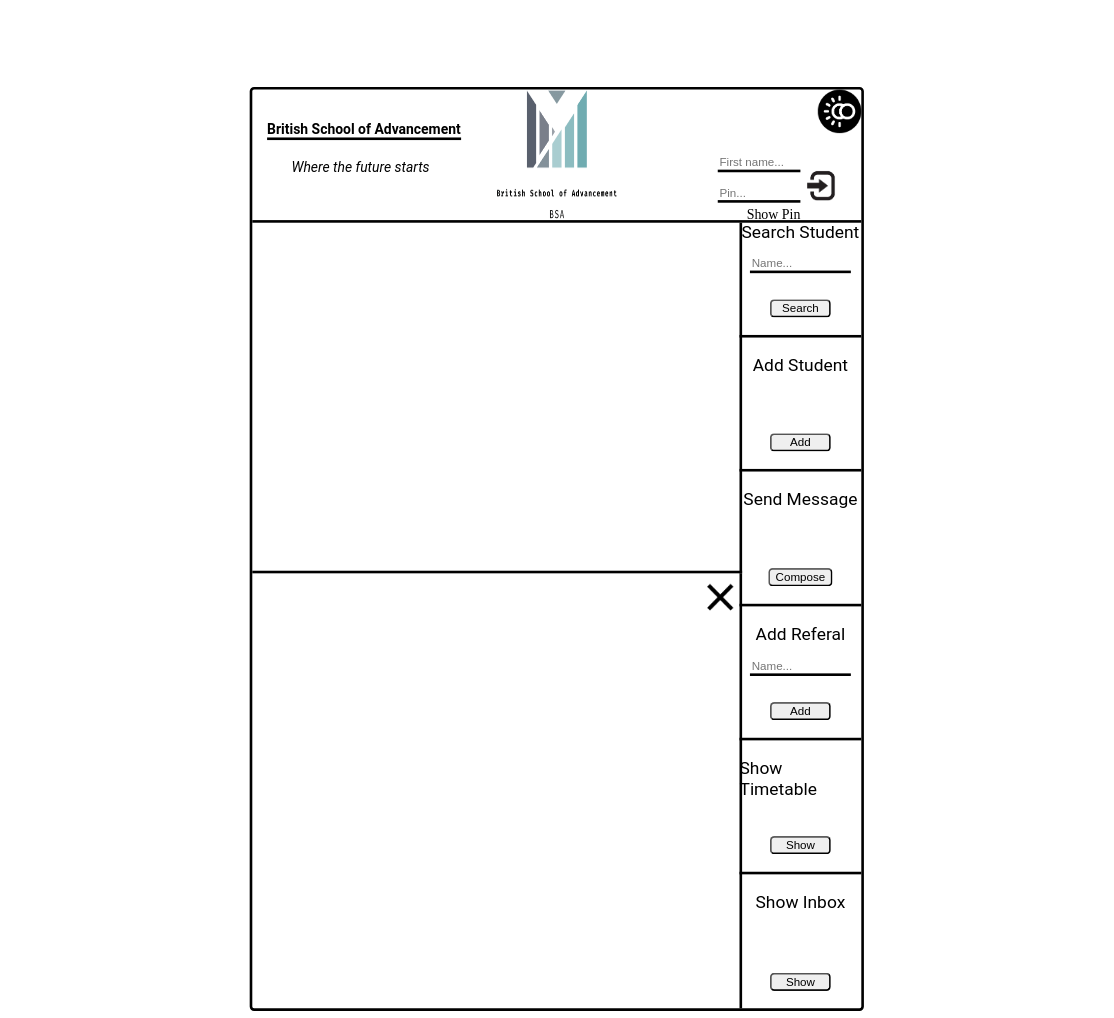
Repository: ghend99/Guardian-Application
Page: index.html
These files come from the project's save history. The page is drawn as it stood at one moment and after the next save; the edit follows.
The browser window is 1280 px wide. The pictures show the whole page, at 87% of full size.

Above is the page before, as saved 2023-06-06 14:05:55.
Console error: ReferenceError: sidebarUpdateTimetableBtn is not defined

### index.html
<!DOCTYPE html>
<html lang="en">
  <head>
    <meta charset="UTF-8" />
    <meta http-equiv="X-UA-Compatible" content="IE=edge" />
    <meta name="viewport" content="width=device-width, initial-scale=1.0" />
    <title>Document</title>
    <link rel="stylesheet" href="style.css" />
  </head>
  <body>
    <div id="main-container">
      <div id="header-container">
        <div id="header-container-left-section">
          <p id="header-school-name" class="page-headers">
            British School of Advancement
          </p>
          <p id="header-school-slogan" class="page-headers">
            Where the future starts
          </p>
        </div>
        <div id="header-container-middle-section">
          <img class="header-middle-section-logo" src="./images/logo.png" />
        </div>
        <div id="header-container-right-section">
          <input
            id="header-login-input-fullname"
            class="login-input-fullname login-input input"
            type="text"
            placeholder="First name..."
          />
          <input
            id="header-login-input-pin"
            class="login-input-pin login-input input"
            placeholder="Pin..."
            type="password"
          />
          <p id="show-pin-header">Show Pin</p>
          <img
            id="header-login-button"
            class="login-button"
            src="./images/login-button.png"
          />
          <img class="header-dark-mode-toggle" src="./images/dark-mode.png" />
          <img class="login-modal-open" src="./images/login.png" />
        </div>
      </div>
      <div id="sidebar-container">
        <div id="sidebar-link-container1" class="sidebar-link-container">
          <p class="sidebar-link-header page-headers">Search Student</p>
          <input class="sidebar-input input" placeholder="Name..." />
          <button class="sidebar-search-button submit-button">Search</button>
        </div>
        <div id="sidebar-link-container2" class="sidebar-link-container">
          <p class="sidebar-link-header page-headers">Add Student</p>
          <button id="add-student" class="sidebar-search-button submit-button">
            Add
          </button>
        </div>
        <div id="sidebar-link-container3" class="sidebar-link-container">
          <p class="sidebar-link-header page-headers">Send Message</p>
          <button
            id="compose-message-open"
            class="sidebar-search-button submit-button"
          >
            Compose
          </button>
        </div>
        <div id="sidebar-link-container4" class="sidebar-link-container">
          <p class="sidebar-link-header page-headers">Add Referal</p>
          <input
            id="add-referal-fullname"
            class="sidebar-input input"
            placeholder="Name..."
          />
          <button id="add-referal" class="sidebar-search-button submit-button">
            Add
          </button>
        </div>
        <div id="sidebar-link-container5" class="sidebar-link-container">
          <p class="sidebar-link-header page-headers">Show Timetable</p>
          <button
            id="timetable-open"
            class="sidebar-search-button submit-button"
          >
            Show
          </button>
        </div>
        <div id="sidebar-link-container6" class="sidebar-link-container">
          <p class="sidebar-link-header page-headers">Show Inbox</p>
          <button id="inbox-open" class="sidebar-search-button submit-button">
            Show
          </button>
        </div>
      </div>
      <img class="sidebar-open" src="./images/menu.png" />

      <div id="student-information-container">
        <h1
          id="student-information-name-header"
          class="student-information page-headers"
        >
          Student Name:
        </h1>
        <h3 class="student-information student-information-general-header">
          General Information
        </h3>
        <p id="student-information-first-name" class="student-information">
          First Name:
        </p>
        <p id="student-information-last-name" class="student-information">
          Last Name:
        </p>
        <p id="student-information-year" class="student-information">
          Year Group:
        </p>
        <p id="student-information-referals" class="student-information">
          Referals:
        </p>
        <p id="password-reset" class="student-information">Reset Password</p>
      </div>

      <div id="student-management-container">
        <p class="student-management-heading"></p>
        <img id="student-management-close" src="./images/close.png" />
        <div id="timetable-container"></div>
        <div id="inbox-container">
          <div id="inbox-header">
            <p>Date</p>
            <p>Sender</p>
            <p>Reciever</p>
            <p>Subject</p>
            <p>Message</p>
          </div>
          <div id="inbox-line">
            <p></p>
            <p></p>
            <p></p>
            <p></p>
            <p></p>
          </div>
        </div>
      </div>
    </div>

    <div id="login-modal-container">
      <h1 class="login-modal-header modal-header page-headers">Login</h1>
      <img
        id="login-modal-close"
        class="modal-close"
        src="./images/close.png"
      />
      <input
        id="login-modal-fullname"
        class="login-input-fullname login-modal-input input"
        type="text"
        placeholder="Full name..."
      />
      <input
        id="login-modal-pin"
        class="login-input-pin login-modal-input input"
        type="number"
        placeholder="Pin..."
      />
      <p id="login-modal-show-pin">Show Pin</p>
      <input id="login-modal-submit" class="submit-button" type="submit" />
    </div>

    <div id="create-account-container">
      <p id="create-account-header" class="modal-header page-headers">
        Add Student Details
      </p>
      <img
        id="create-account-close"
        class="modal-close"
        src="./images/close.png"
      />
      <input
        id="create-account-first-name"
        class="create-account-input input"
        placeholder="First name..."
      />
      <input
        id="create-account-last-name"
        class="create-account-input input"
        placeholder="Last name..."
      />
      <input
        id="create-account-year"
        class="create-account-input input"
        placeholder="Year..."
      />
      <input
        id="create-account-pin"
        class="create-account-input input"
        placeholder="Year..."
      />

      <input
        id="create-account-repin"
        class="create-account-input input"
        placeholder="Year..."
      />
      <input id="create-account-submit" class="submit-button" type="submit" />
    </div>

    <div id="compose-message-container" class="">
      <p id="compose-message-header" class="modal-header">Compose Message</p>
      <img
        id="compose-message-close"
        class="modal-close"
        src="./images/close.png"
      />
      <input
        id="compose-message-reciever"
        class="compose-message-input input"
        type="text"
        placeholder="Reciever..."
      />
      <input
        id="compose-message-title"
        class="compose-message-input input"
        type="text"
        placeholder="Subject..."
      />
      <textarea
        id="compose-message-text-area"
        placeholder="Message..."
      ></textarea>
      <input id="compose-message-submit" class="submit-button" type="submit" />
    </div>

    <div id="password-reset-container">
      <p id="password-reset-header" class="modal-header page-headers">
        Pin Reset
      </p>
      <img
        id="password-reset-close"
        class="modal-close"
        src="./images/close.png"
      />
      <input
        id="password-reset-old"
        class="password-reset-input input"
        type="number"
        placeholder="Old Pin..."
      />
      <input
        id="password-reset-new"
        class="password-reset-input input"
        type="number"
        placeholder="New Pin..."
      />
      <input
        id="password-reset-new-retype"
        class="password-reset-input input"
        type="number"
        placeholder="New Pin..."
      />
      <input id="password-reset-submit" class="submit-button" type="submit" />
    </div>
    <script src="functions.js"></script>
    <script src="elements.js"></script>
    <script src="buttons.js"></script>
    <script src="message.js"></script>
    <script src="timetable.js"></script>
  </body>
</html>

### style.css
button {
  cursor: pointer;
}

.input {
  background-color: transparent;
  text-decoration: none;
  border: none;
  border-bottom: solid;
  outline: none;
}

.page-headers {
  font-family: "Roboto", Arial;
}

.modal-header {
  font-size: 30px;
  font-weight: bold;
  margin-top: 10px;
}

.dark-mode {
  background-color: black;
  color: white;
  border: solid;
  border-radius: 5px;
}

.input-dark-mode {
  color: white;
  border-color: white;
}

.button-dark-mode {
  color: white;
  background-color: black;
}

#main-container {
  position: relative;
  left: 50%;
  transform: translate(-50%);
  max-width: 50%;
  min-width: 700px;
  max-height: 1200px;
  min-height: 1000px;
  margin-top: 100px;
  border: solid;
  border-radius: 5px;
}

#header-container {
  display: grid;
  grid-template-columns: 1fr 1fr 1fr;
  grid-template-rows: 1fr;
  max-height: 200px;
  min-height: 150px;
  width: 100%;
  border-bottom: solid;
}

#header-school-name {
  position: absolute;
  top: 20px;
  left: 17px;
  font-size: clamp(1rem, 1vw, 2rem);
  font-weight: bold;
  border-bottom: solid;
}

#header-school-slogan {
  position: absolute;
  top: clamp(5%, 70px, 80px);
  left: clamp(45px, 5%, 70px);
  font-size: clamp(0.9rem, 1.5vw, 1rem);
  margin-top: 10px;
  font-style: italic;
}

#header-container-middle-section {
  display: flex;
  justify-content: center;
}

.header-middle-section-logo {
  width: 60%;
}

#header-login-input-fullname {
  position: absolute;
  top: 75px;
  width: 13%;
  right: 10%;
}

#header-login-input-pin {
  position: absolute;
  top: 110px;
  width: 13%;
  right: 10%;
}

#show-pin-header {
  position: absolute;
  top: 135px;
  right: 10%;
  margin: 0;
}

#header-login-button {
  position: absolute;
  width: 50px;
  right: 3%;
  top: 85px;
}

.header-dark-mode-toggle {
  position: absolute;
  width: 50px;
  top: 0;
  right: 0;
  cursor: pointer;
}

.login-modal-open {
  display: none;
}

#sidebar-container {
  position: absolute;
  display: grid;
  grid-template-columns: 1fr;
  grid-template-rows: 1fr 1fr 1fr 1fr 1fr 1fr;
  right: 0;
  bottom: 0;
  max-width: 30%;
  min-width: 20%;
  max-height: 1000px;
  min-height: 925px;
}

#sidebar-link-container1 {
  justify-content: center;
}

#sidebar-link-container6 {
  border-bottom: none;
}

.sidebar-link-container {
  position: relative;
  display: flex;
  justify-content: center;
  border-bottom: solid;
}

.sidebar-link-header {
  position: absolute;
  font-size: 20px;
}

.sidebar-input {
  position: absolute;
  margin-top: 60px;
  width: 80%;
}

.sidebar-search-button {
  position: absolute;
  max-width: 75%;
  min-width: 70px;
  bottom: 20px;
  border-radius: 5px;
}

.sidebar-open {
  position: absolute;
  width: 50px;
  right: 0;
  top: 155px;
  display: none;
}

#student-information-container {
  max-height: 800px;
  min-height: 400px;
  max-width: 80%;
  min-width: 50%;
  border-bottom: solid;
  border-right: solid;
}

#student-information-name-header {
  font-size: 30px;
  font-weight: bold;
  border-bottom: solid;
  width: fit-content;
  margin-left: 30px;
  margin-top: 0;
}

.student-information {
  margin-left: 40px;
  display: none;
}

.student-information-general-header {
  font-size: 24px;
  font-weight: bold;
  padding-left: 40px;
}

#password-reset {
  border-bottom: solid;
  font-weight: bold;
  width: fit-content;
  cursor: pointer;
}

#student-management-container {
  max-width: 80%;
  min-width: 50%;
  max-height: 600px;
  min-height: 500px;
  border-right: solid;
}

.student-management-heading {
  display: inline-block;
  font-size: 30px;
  margin: 0;
  margin-left: 20px;
  width: fit-content;
}

#student-management-close {
  position: absolute;
  bottom: 43.3%;
  right: 21%;
  width: 30px;
  cursor: pointer;
}

#timetable-container {
  position: relative;
  display: grid;
  grid-gap: 1em;
  grid-template-rows: repeat(var(--grid-rows), 1fr);
  grid-template-columns: repeat(var(--grid-cols), 1fr);
  /* top: 50px; */
  overflow: scroll;
  max-height: 90%;
  min-height: 466px;
  max-width: 99.6%;
  min-width: 250px;
  display: none;
}

:root {
  --grid-cols: 1;
  --grid-rows: 1;
}

.grid-item {
  padding: 1em;
  border: 1px solid #ddd;
  text-align: center;
}

#timetable-input {
  width: 100px;
}

#inbox-container {
  max-height: 90%;
  min-height: 466px;
  max-width: 99.6%;
  min-width: 250px;
  display: none;
}

#inbox-header {
  position: relative;
  display: grid;
  grid-template-columns: 1fr 1fr 1fr 1fr 1fr;
  grid-template-rows: 1fr;
  width: 100%;
  height: 50px;
  /* background-color: aqua; */
  overflow-y: auto;
  font-family: "Roboto", Arial;
}

#inbox-line {
  position: relative;
  display: grid;
  grid-template-columns: 1fr 1fr 1fr 1fr 1fr;
  grid-template-rows: 1fr;
  row-gap: 20px;
  width: 100%;
  height: 50px;
  /* background-color: darkorange; */
  overflow-y: auto;
  font-family: "EB Garamond", Arial;
}

#login-modal-container,
#create-account-container,
#compose-message-container,
#password-reset-container {
  position: absolute;
  left: 50%;
  top: 30%;
  transform: translate(-50%);
  text-align: center;
  border: solid;
  border-radius: 5px;
  display: none;
}

#login-modal-container {
  max-width: 40%;
  min-width: 300px;
  max-height: 400px;
  min-height: 300px;
  text-align: center;
  border: solid;
  border-radius: 5px;
  display: none;
  background-color: whitesmoke;
  cursor: pointer;
}

#login-modal-fullname {
  position: absolute;
  top: 120px;
  left: 50px;
}

#login-modal-pin {
  position: absolute;
  top: 170px;
  left: 50px;
}

#login-modal-show-pin {
  position: absolute;
  top: 200px;
  left: 50px;
  margin: 0;
  font-size: 14px;
  cursor: pointer;
}

#login-modal-submit {
  left: 15%;
}

#login-modal-submit,
#create-account-submit,
#compose-message-submit,
#password-reset-submit {
  position: absolute;
  bottom: 20px;
  max-height: 60px;
  min-height: 30px;
  max-width: 20%;
  min-width: 200px;
}

#create-account-container {
  max-width: 60%;
  min-width: 400px;
  max-height: 600px;
  min-height: 500px;
}

.create-account-input,
.compose-message-input,
.password-reset-input {
  position: absolute;
  left: 30px;
}

#create-account-first-name {
  top: 80px;
}

#create-account-last-name {
  top: 150px;
}

#create-account-year {
  top: 220px;
}

#create-account-pin {
  top: 290px;
}

#create-account-submit {
  left: 25%;
}

#create-account-repin {
  position: absolute;
  top: 360px;
  left: 30px;
}

#compose-message-container {
  max-width: 60%;
  min-width: 400px;
  max-height: 600px;
  min-height: 500px;
}

.modal-close {
  position: absolute;
  width: 30px;
  right: 0;
  top: 0;
  cursor: pointer;
}

#compose-message-reciever {
  top: 80px;
}

#compose-message-title {
  top: 130px;
}

#compose-message-text-area {
  position: absolute;
  top: 35%;
  left: 30px;
  max-height: 80%;
  min-height: 230px;
  max-width: 100%;
  min-width: 280px;
}

#compose-message-submit {
  left: 25%;
}

#password-reset-container {
  max-width: 40%;
  min-width: 300px;
  max-height: 400px;
  min-height: 300px;
}

#password-reset-new {
  top: 120px;
}

#password-reset-new-retype {
  top: 165px;
}

#password-reset-submit {
  left: 17%;
}

@media screen and (min-width: 0) and (max-width: 720px) {
  #main-container {
    max-width: 600px;
    min-width: 300px;
  }

  #header-container {
    grid-template-columns: 1fr 1fr;
  }

  .header-middle-section-logo,
  #header-login-input-fullname,
  #header-login-input-pin,
  #show-pin-header,
  #header-login-button {
    display: none;
  }

  .login-modal-open {
    position: absolute;
    display: block;
    right: 0;
    top: 100px;
    width: 50px;
  }

  #sidebar-container {
    display: none;
  }

  .sidebar-link-header {
    font-size: 12px;
  }

  .sidebar-open {
    display: block;
  }

  .student-information-name-header {
    margin-left: 15px;
  }

  .student-information-general-header {
    margin-left: 25px;
    padding: 0;
  }

  .student-information {
    margin-left: 28px;
  }
}

### message.js
const sendMessage = function () {
  const message = composeMessageText.value;
  const subject = composeMessageSubject.value;
  const reciever = composeMessageReciever.value;
  const target = students.find((stu) => stu.fullName === `${reciever}`);
  const date = new Date(Date.now()).toLocaleString();
  console.log(date);
  console.log(message, subject, reciever, target);
  if (target === undefined) {
    alert("Not a valid message reciercer");
  } else {
    target.inbox.push(message);
    target.from.push(currentAccount.fullName);
    target.subject.push(subject);
    target.date.push(date);
    // currentAccount.sent.push(message);
    // currentAccount.date.push(date);
    composeMessageReciever.value = "";
    composeMessageText.value = "";
    composeMessageSubject.value = "";
    localStorage.setItem("students", JSON.stringify(students));
    alert("Message Sent");
    // updateInbox(target, currentAccount, message, subject);
  }
};

// const updateInbox = function (target, currentAccount, message, subject) {
//   const html = ` <div id="inbox-line">
//   <p>${new Date(Date.now()).toLocaleString()}</p>
//   <p>${currentAccount.fullName}</p>
//   <p>${target.fullName}</p>
//   <p>${subject}</p>
//   <p>${message}</p>
// </div>
//   `;
//   inboxLine.insertAdjacentHTML("beforebegin", html);
// };

const updateInboxLoad = function (target) {
  getStudentsLocalStorage();
  for (let i = 0; i < currentAccount.inbox.length; i++) {
    const html = `<div id="inbox-line">
  <p>${currentAccount.date[i]}</p>
  <p>${currentAccount.from[i]}</p>
  <p>${currentAccount.fullName}</p>
  <p>${currentAccount.subject[i]}</p>
  <p>${currentAccount.inbox[i]}</p>
</div>
  `;
    inboxLine.insertAdjacentHTML("beforebegin", html);
  }
};
// updateInboxLoad();

Loaded but not shown: functions.js (216 lines, source omitted); timetable.js (231 lines, source omitted); elements.js (91 lines, source omitted); buttons.js (98 lines, source omitted)

After the next save:
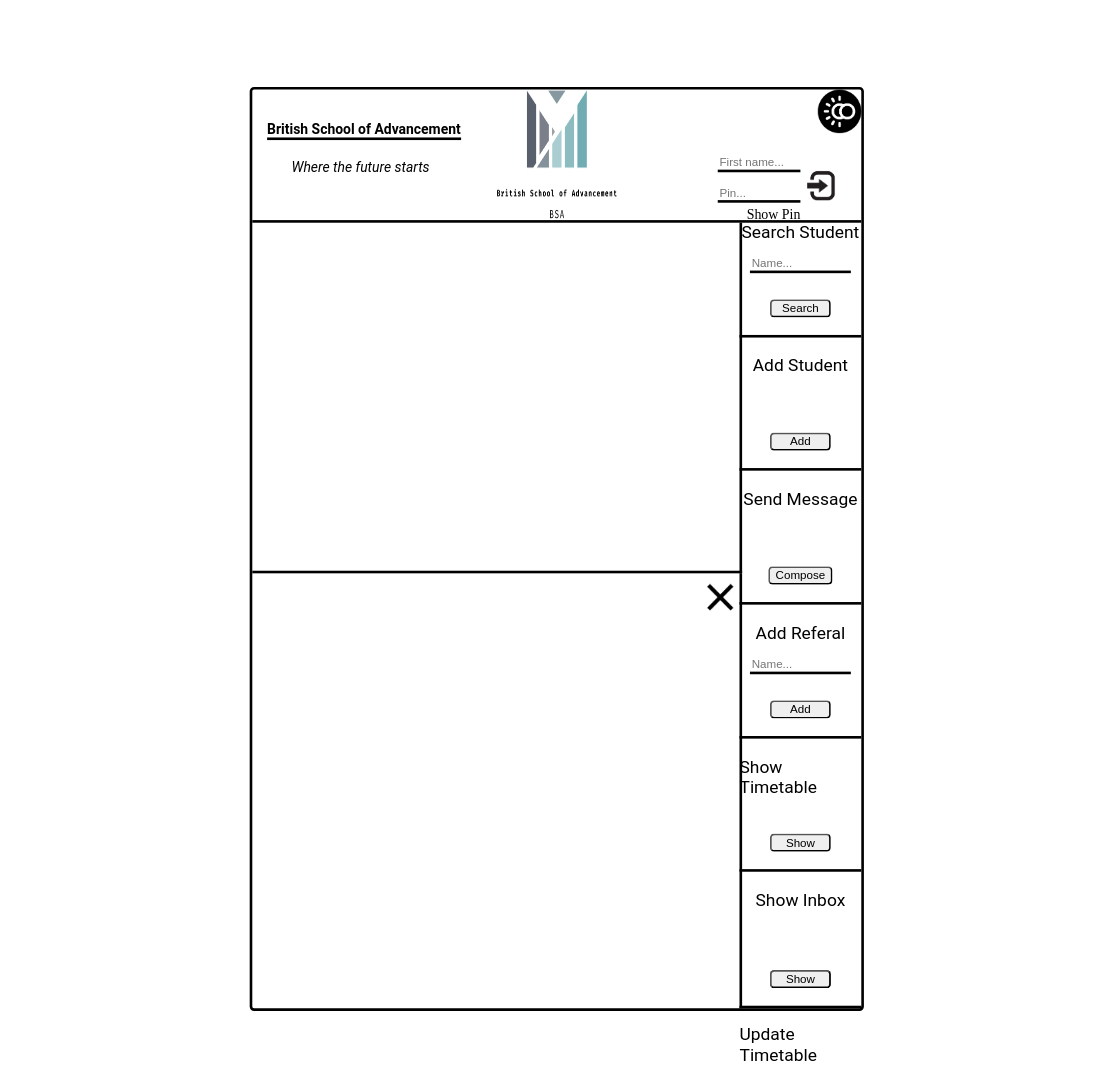
Saved 57 s later.
--- a/index.html
+++ b/index.html
@@ -91,6 +91,15 @@
             Show
           </button>
         </div>
+        <div id="sidebar-link-container7" class="sidebar-link-container">
+          <p class="sidebar-link-header page-headers">Update Timetable</p>
+          <button
+            id="update-timetable"
+            class="sidebar-search-button submit-button"
+          >
+            Show
+          </button>
+        </div>
       </div>
       <img class="sidebar-open" src="./images/menu.png" />
 

After the save that followed:
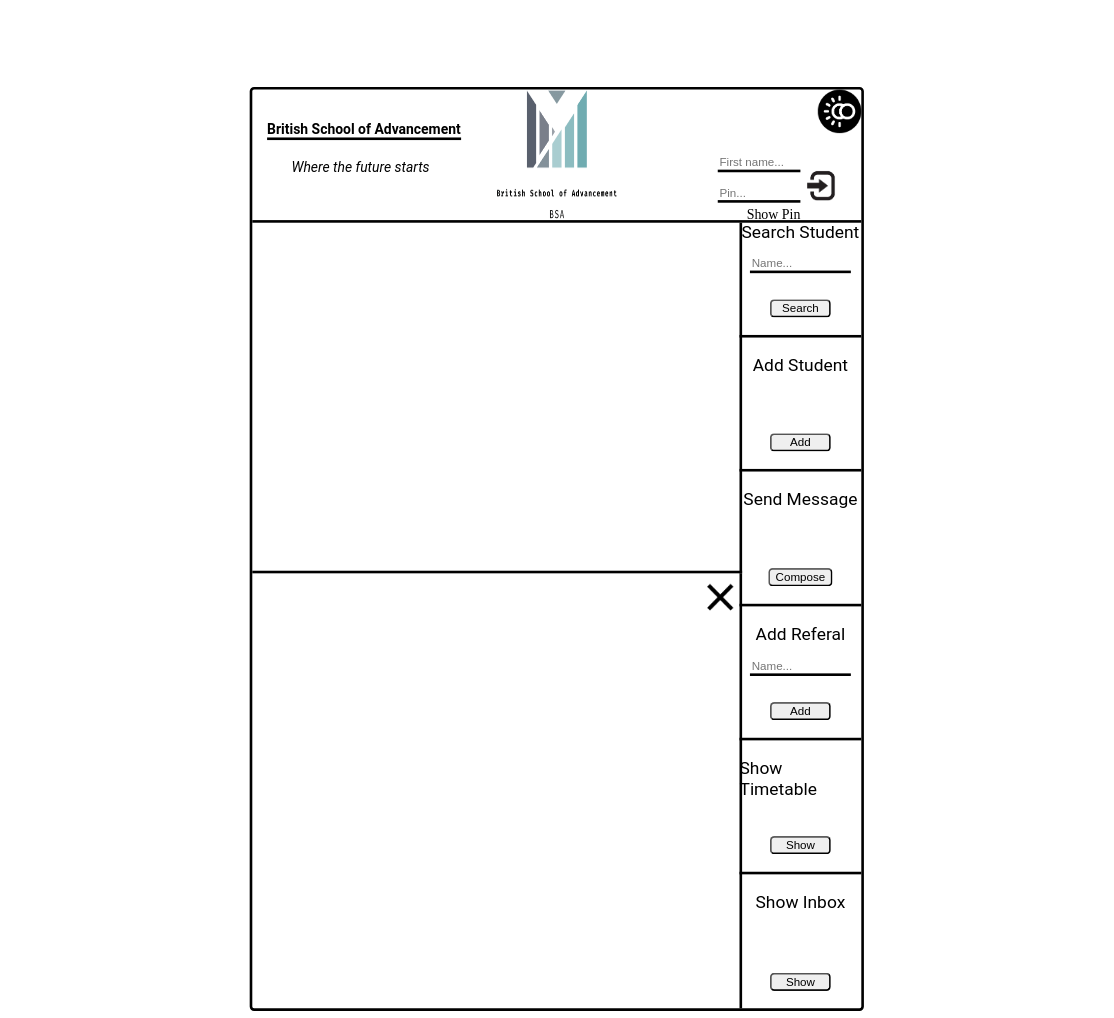
Saved 9 s later.
--- a/style.css
+++ b/style.css
@@ -146,6 +146,10 @@ button {
 
 #sidebar-link-container6 {
   border-bottom: none;
+}
+
+#sidebar-link-container7 {
+  display: none;
 }
 
 .sidebar-link-container {
